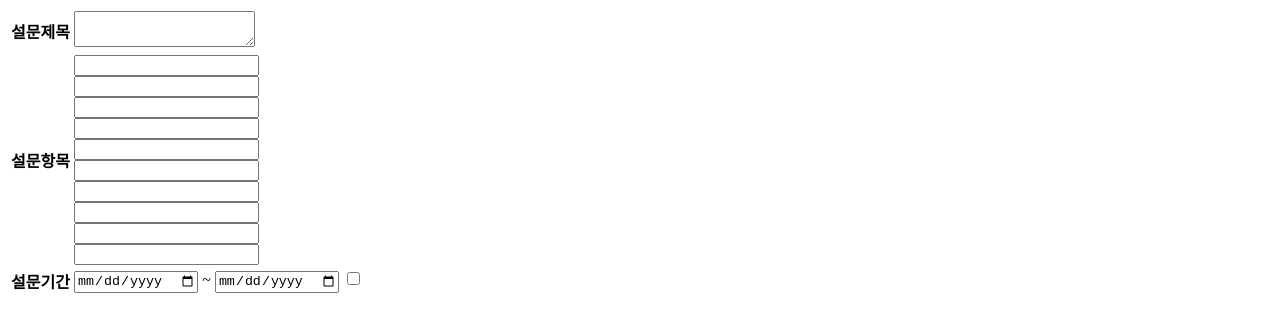
Repository: kgh2037/study
Page: http://localhost/project_servlet1/poll/pollWrite.jsp
The author's editor kept a copy of each file at every save. The page is drawn from the files as they stood at one save, then again after the next save.
The browser window is 1280 px wide. The pictures show the whole page.
The page is served by Tomcat 9.

Above is the page before, as saved 2023-07-07 01:08:22.

After the next save:
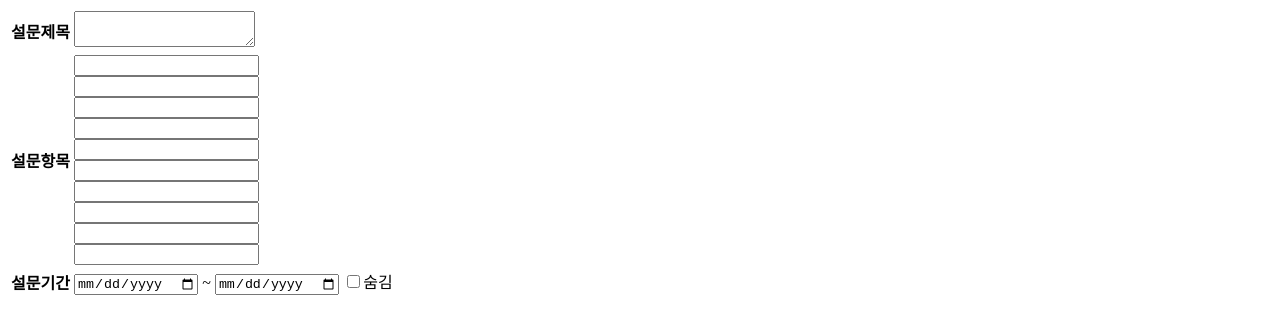
Saved 49 s later.
--- a/project_servlet1/src/main/webapp/poll/pollWrite.jsp
+++ b/project_servlet1/src/main/webapp/poll/pollWrite.jsp
@@ -30,7 +30,7 @@
 			<td>
 				<input type="date" name="sdate"> ~
 				<input type="date" name="edate">
-				<input type="checkbox" name="use" value="Y">
+				<input type="checkbox" name="use" value="N">숨김
 			</td>
 		</tr>
 
